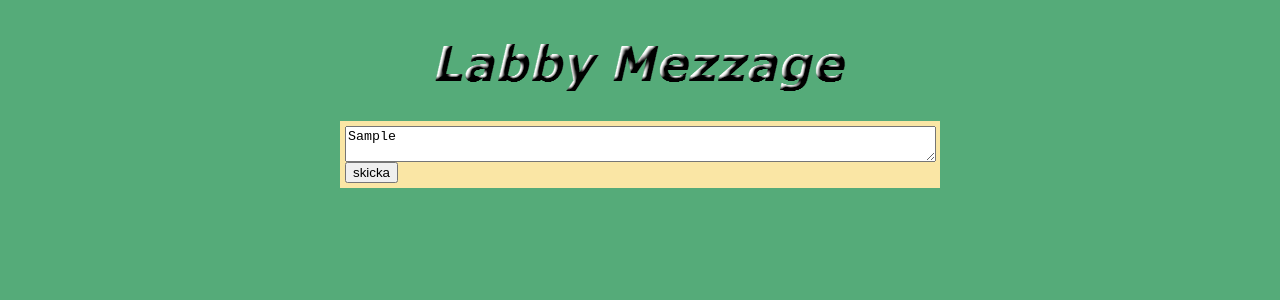
Repository: jc222fi/1dv403-laborationer
Page: 2-labbymezzage/index.html
The author's editor kept a record of every edit. The page is drawn from the files as they stood at one moment, then again after the next edit.
The browser window is 1280 px wide. The pictures show the whole page.
Empty fields were first filled with sample values (such as "Sample", 5 or name@example.com).
After loading, the first visible `#skickaknapp` was clicked once.

Above is the page before.
Console error: ReferenceError: counter is not defined

After the next edit:
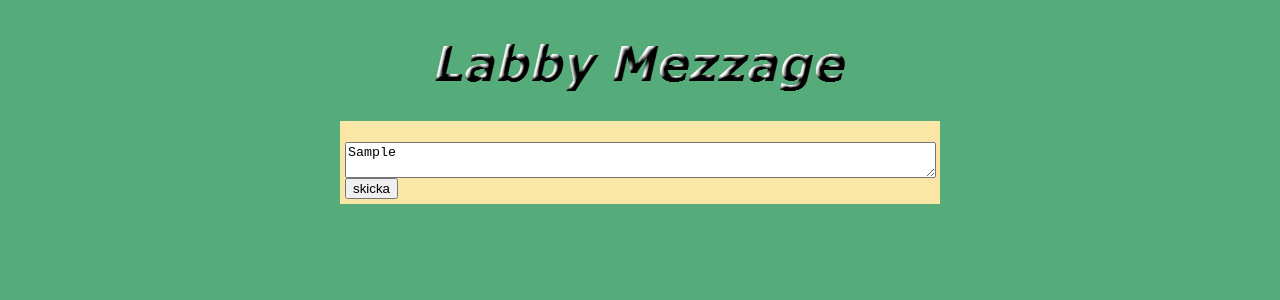
Console error: TypeError: MessageBoard.messages[messageID].getDateText is not a function
The edit:
--- a/2-labbymezzage/MessageBoard.js
+++ b/2-labbymezzage/MessageBoard.js
@@ -16,7 +16,7 @@
         var allMessages = MessageBoard.messages;
         var mess = new Message(textArea.value, new Date());
 
-        console.log(counter);
+        //console.log(counter);
 
         allMessages += MessageBoard.messages.push(mess);
         MessageBoard.renderMessages();

After the 4 edits that followed:
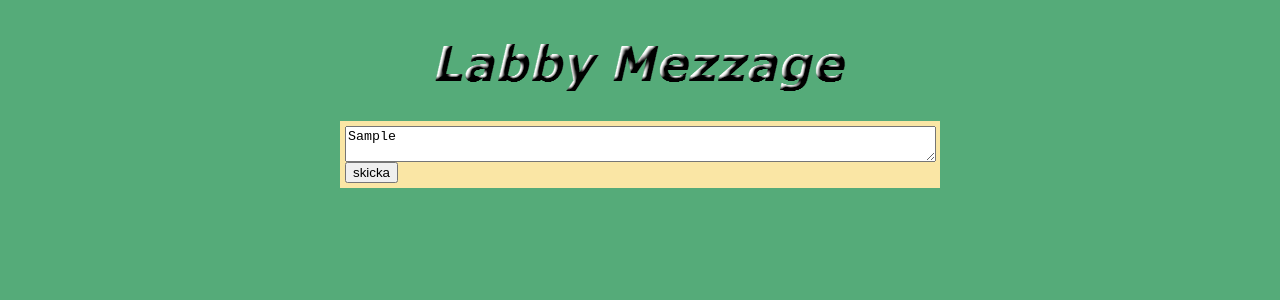
The 4 edits are shown as one change because 3 left the picture as it was.
The edit:
--- a/2-labbymezzage/MessageBoard.js
+++ b/2-labbymezzage/MessageBoard.js
@@ -41,15 +41,14 @@
     renderMessages: function(){
         document.getElementById("messages").innerHTML = "";
         var counter = document.createElement("p");
-        counter.setAttribute("id", "messagecounter");
         counter.innerHTML = "";
-        document.getElementById("messages").appendChild(counter);
-        //document.getElementById("messagecounter").innerHTML = "";
 
         var i;
         for(i = 0; i<MessageBoard.messages.length; i++){
             MessageBoard.renderMessage(i);
         }
+        document.getElementById("messages").appendChild(counter);
+        counter.innerHTML = MessageBoard.messages.length;
     },
 
 
